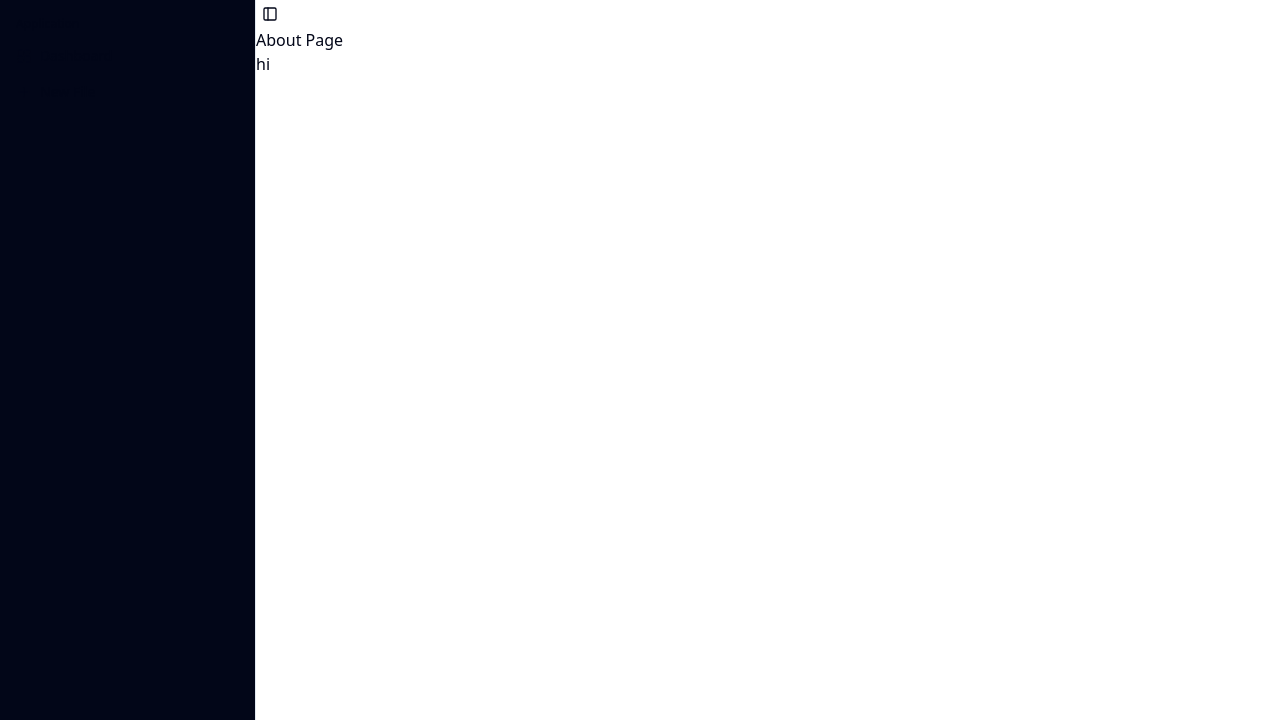
Repository: SywarDer/Student-Assistance
Page: /about (app in student-assistant/)
The author's editor kept a copy of each file at every save. The page is drawn from the files as they stood at one save, then again after the next save.
The browser window is 1280 px wide. The pictures show the whole page.
The project was rebuilt for these pictures with package versions that can differ from the ones it lists, and the page was loaded fresh each time. The framework's server and built-in components were replaced by stand-ins that run in the browser. Also part of the build but not shown: student-assistant/next.config.ts, student-assistant/components/ui/input.tsx, student-assistant/components/ui/separator.tsx, student-assistant/components/ui/skeleton.tsx. Imported but missing from the stored project, and not drawn on this page: student-assistant/components/ui/sheet.

Above is the page before, as saved 2025-10-30 19:26:25.

After the next save:
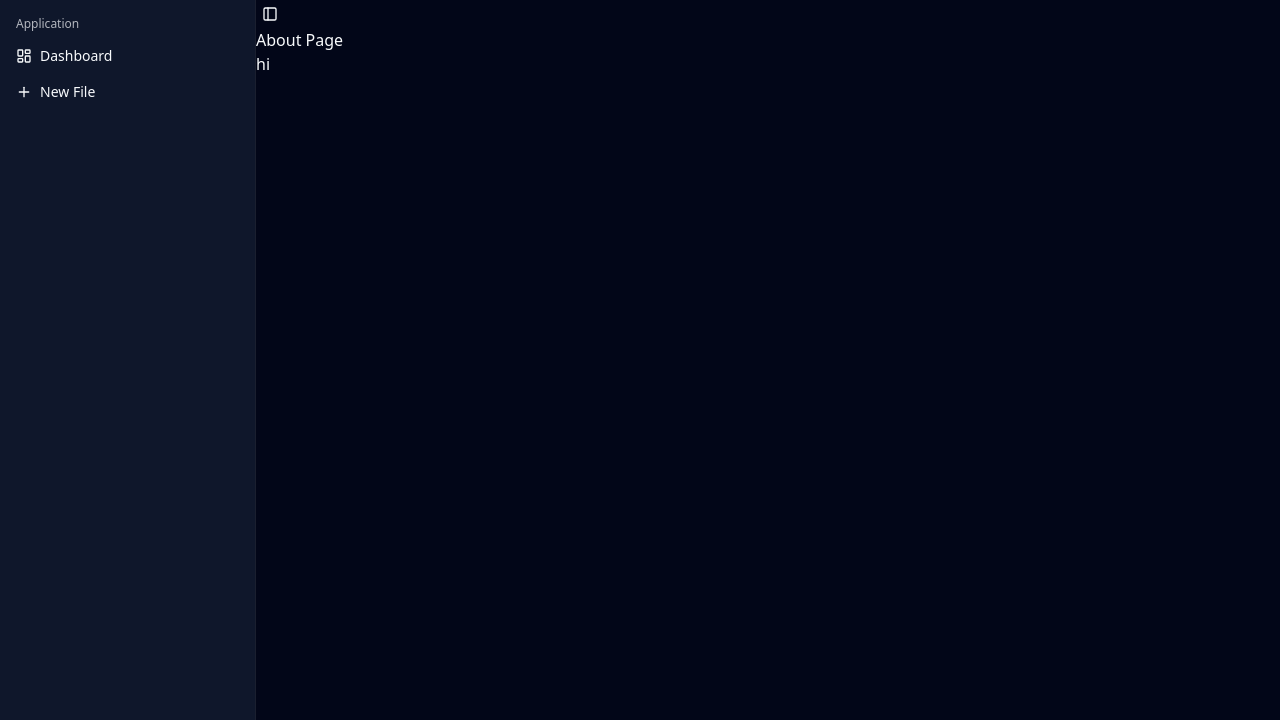
Saved 99 s later.
--- a/student-assistant/app/globals.css
+++ b/student-assistant/app/globals.css
@@ -45,63 +45,41 @@
 
 :root {
   --radius: 0.625rem;
-  --card: oklch(0.129 0.042 264.695);
-  --card-foreground: oklch(0.129 0.042 264.695);
-  --popover: oklch(1 0 0);
-  --popover-foreground: oklch(0.129 0.042 264.695);
-  --primary: oklch(0.208 0.042 265.755);
-  --primary-foreground: oklch(0.129 0.042 264.695);
-  --secondary: oklch(0.129 0.042 264.695);
-  --secondary-foreground: oklch(0.208 0.042 265.755);
-  --muted: oklch(0.129 0.042 264.695);
-  --muted-foreground: oklch(0.554 0.046 257.417);
-  --accent: oklch(0.129 0.042 264.695);
-  --accent-foreground: oklch(0.208 0.042 265.755);
-  --destructive: oklch(0.577 0.245 27.325);
-  --border: oklch(0.929 0.013 255.508);
-  --input: oklch(0.929 0.013 255.508);
-  --ring: oklch(0.704 0.04 256.788);
-  --chart-1: oklch(0.646 0.222 41.116);
-  --chart-2: oklch(0.6 0.118 184.704);
-  --chart-3: oklch(0.398 0.07 227.392);
-  --chart-4: oklch(0.828 0.189 84.429);
-  --chart-5: oklch(0.769 0.188 70.08);
-  --sidebar: oklch(0.129 0.042 264.695);
-  --sidebar-foreground: klch(1 0 0);
-  --sidebar-primary: oklch(0.208 0.042 265.755);
-  --sidebar-primary-foreground: oklch(0.984 0.003 247.858);
-  --sidebar-accent: oklch(0.968 0.007 247.896);
-  --sidebar-accent-foreground: oklch(0.208 0.042 265.755);
-  --sidebar-border: oklch(0.929 0.013 255.508);
-  --sidebar-ring: oklch(0.704 0.04 256.788);
-  --background: oklch(1 0 0);
-  --foreground: oklch(0.129 0.042 264.695);
-}
 
-.dark {
+  /* Dark mode base */
   --background: oklch(0.129 0.042 264.695);
   --foreground: oklch(0.984 0.003 247.858);
+
   --card: oklch(0.208 0.042 265.755);
   --card-foreground: oklch(0.984 0.003 247.858);
+
   --popover: oklch(0.208 0.042 265.755);
   --popover-foreground: oklch(0.984 0.003 247.858);
+
   --primary: oklch(0.929 0.013 255.508);
   --primary-foreground: oklch(0.208 0.042 265.755);
+
   --secondary: oklch(0.279 0.041 260.031);
   --secondary-foreground: oklch(0.984 0.003 247.858);
+
   --muted: oklch(0.279 0.041 260.031);
   --muted-foreground: oklch(0.704 0.04 256.788);
+
   --accent: oklch(0.279 0.041 260.031);
   --accent-foreground: oklch(0.984 0.003 247.858);
+
   --destructive: oklch(0.704 0.191 22.216);
+
   --border: oklch(1 0 0 / 10%);
   --input: oklch(1 0 0 / 15%);
   --ring: oklch(0.551 0.027 264.364);
+
   --chart-1: oklch(0.488 0.243 264.376);
   --chart-2: oklch(0.696 0.17 162.48);
   --chart-3: oklch(0.769 0.188 70.08);
   --chart-4: oklch(0.627 0.265 303.9);
   --chart-5: oklch(0.645 0.246 16.439);
+
   --sidebar: oklch(0.208 0.042 265.755);
   --sidebar-foreground: oklch(0.984 0.003 247.858);
   --sidebar-primary: oklch(0.488 0.243 264.376);
@@ -112,6 +90,52 @@
   --sidebar-ring: oklch(0.551 0.027 264.364);
 }
 
+/* Optional light mode */
+.light {
+  --background: oklch(1 0 0);
+  --foreground: oklch(0.129 0.042 264.695);
+
+  --card: oklch(0.129 0.042 264.695);
+  --card-foreground: oklch(0.129 0.042 264.695);
+
+  --popover: oklch(1 0 0);
+  --popover-foreground: oklch(0.129 0.042 264.695);
+
+  --primary: oklch(0.208 0.042 265.755);
+  --primary-foreground: oklch(0.129 0.042 264.695);
+
+  --secondary: oklch(0.129 0.042 264.695);
+  --secondary-foreground: oklch(0.208 0.042 265.755);
+
+  --muted: oklch(0.129 0.042 264.695);
+  --muted-foreground: oklch(0.554 0.046 257.417);
+
+  --accent: oklch(0.129 0.042 264.695);
+  --accent-foreground: oklch(0.208 0.042 265.755);
+
+  --destructive: oklch(0.577 0.245 27.325);
+
+  --border: oklch(0.929 0.013 255.508);
+  --input: oklch(0.929 0.013 255.508);
+  --ring: oklch(0.704 0.04 256.788);
+
+  --chart-1: oklch(0.646 0.222 41.116);
+  --chart-2: oklch(0.6 0.118 184.704);
+  --chart-3: oklch(0.398 0.07 227.392);
+  --chart-4: oklch(0.828 0.189 84.429);
+  --chart-5: oklch(0.769 0.188 70.08);
+
+  --sidebar: oklch(0.129 0.042 264.695);
+  --sidebar-foreground: oklch(1 0 0);
+  --sidebar-primary: oklch(0.208 0.042 265.755);
+  --sidebar-primary-foreground: oklch(0.984 0.003 247.858);
+  --sidebar-accent: oklch(0.968 0.007 247.896);
+  --sidebar-accent-foreground: oklch(0.208 0.042 265.755);
+  --sidebar-border: oklch(0.929 0.013 255.508);
+  --sidebar-ring: oklch(0.704 0.04 256.788);
+}
+
+
 @layer base {
   * {
     @apply border-border outline-ring/50;
